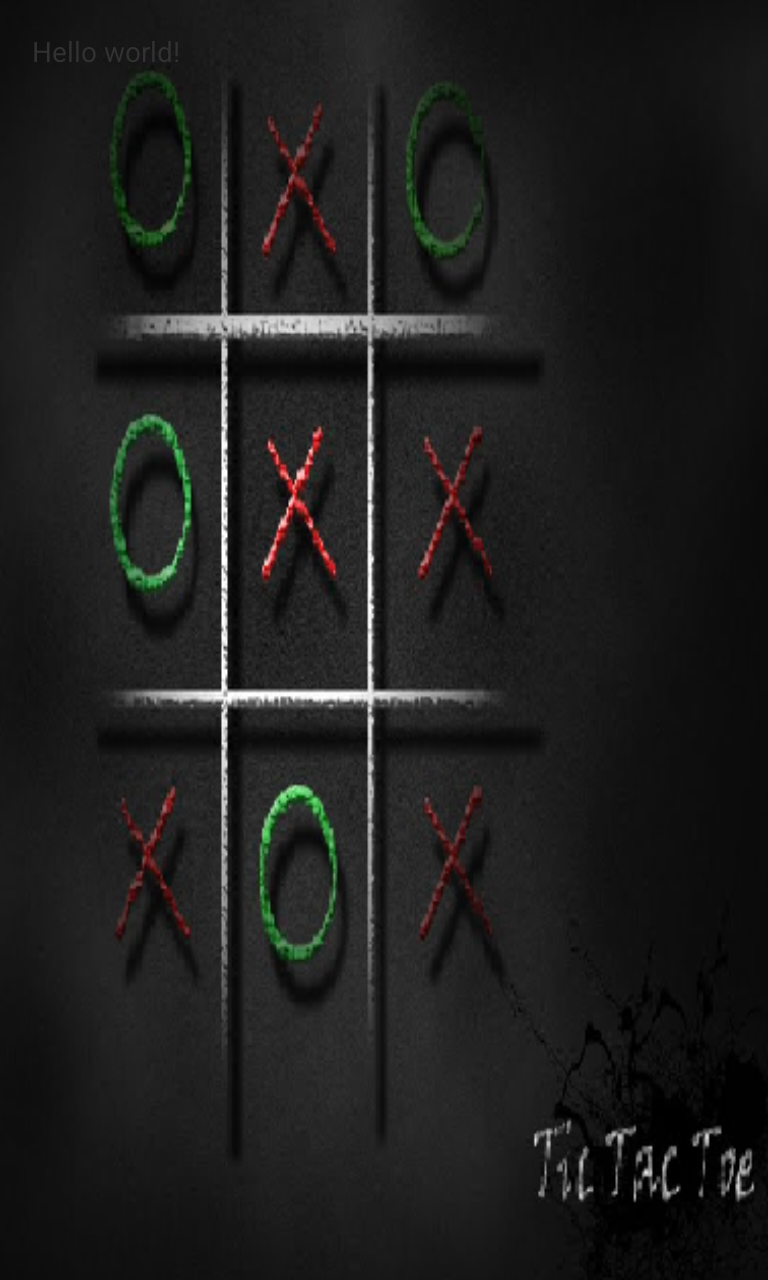
Repository: ivan-yc/miProyecto
Layout: TresEnRaya/res/layout/activity_main.xml
The author's editor kept a copy of each file at every save. The layout is drawn from the files as they stood at one save, then again after the next save.
It is drawn on a 768 x 1280 px phone screen (xhdpi) without system bars, with theme AppTheme; the app's code is not run.

Above is the layout before, as saved 2013-05-16 19:39:48.

After the next save:
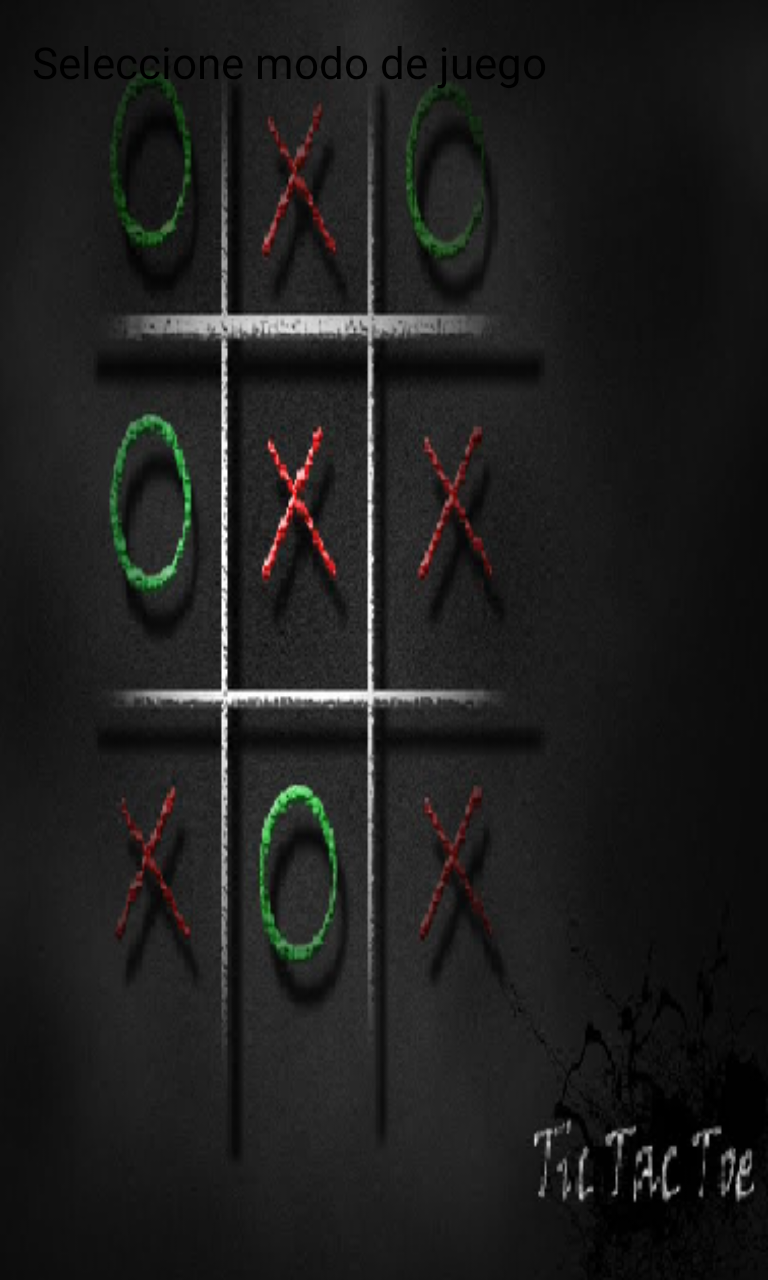
Saved 6 min 2 s later.
--- a/TresEnRaya/res/layout/activity_main.xml
+++ b/TresEnRaya/res/layout/activity_main.xml
@@ -10,8 +10,12 @@
     tools:context=".MainActivity" >
 
     <TextView
+        android:id="@+id/textView1"
         android:layout_width="wrap_content"
         android:layout_height="wrap_content"
-        android:text="@string/hello_world" />
+        android:layout_alignParentLeft="true"
+        android:layout_alignParentTop="true"
+        android:text="Seleccione modo de juego"
+        android:textAppearance="?android:attr/textAppearanceLarge" />
 
 </RelativeLayout>
